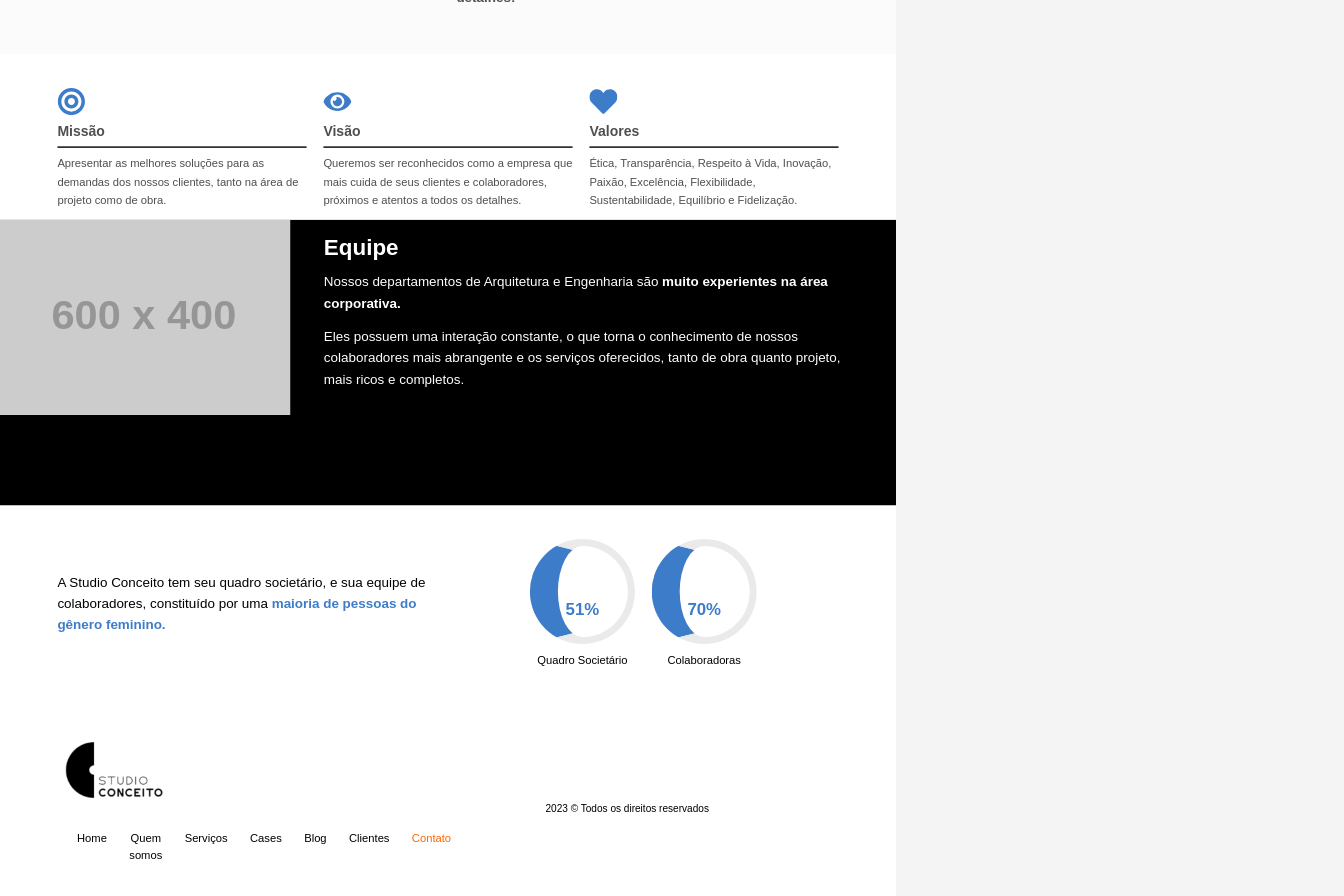
Repository: Upstairs-Agencia/studio-conceito-react
Page: /quem-somos
An editor plug-in stored every save of this project. The page is shown before and after the next save, followed by the edit.
The browser window is 1280 px wide. The page is 1920 px wide, so the pictures cover 1920 px, including what lies to the right of the window. The pictures show the part of the page from y = 2083 to 3363 px (the page is 3363 px tall), at 70% of full size.
The project was rebuilt for these pictures with package versions that can differ from the ones it lists, and the page was loaded fresh each time. Also part of the build but not shown: src/pages/Home.js, src/pages/Servicos.js, src/styles/cases.css, src/pages/Cases.js, src/pages/Blog.js, src/pages/Clientes.js, src/pages/Contato.js.

Above is the page before, as saved 2024-12-29 12:49:56.

After the next save:
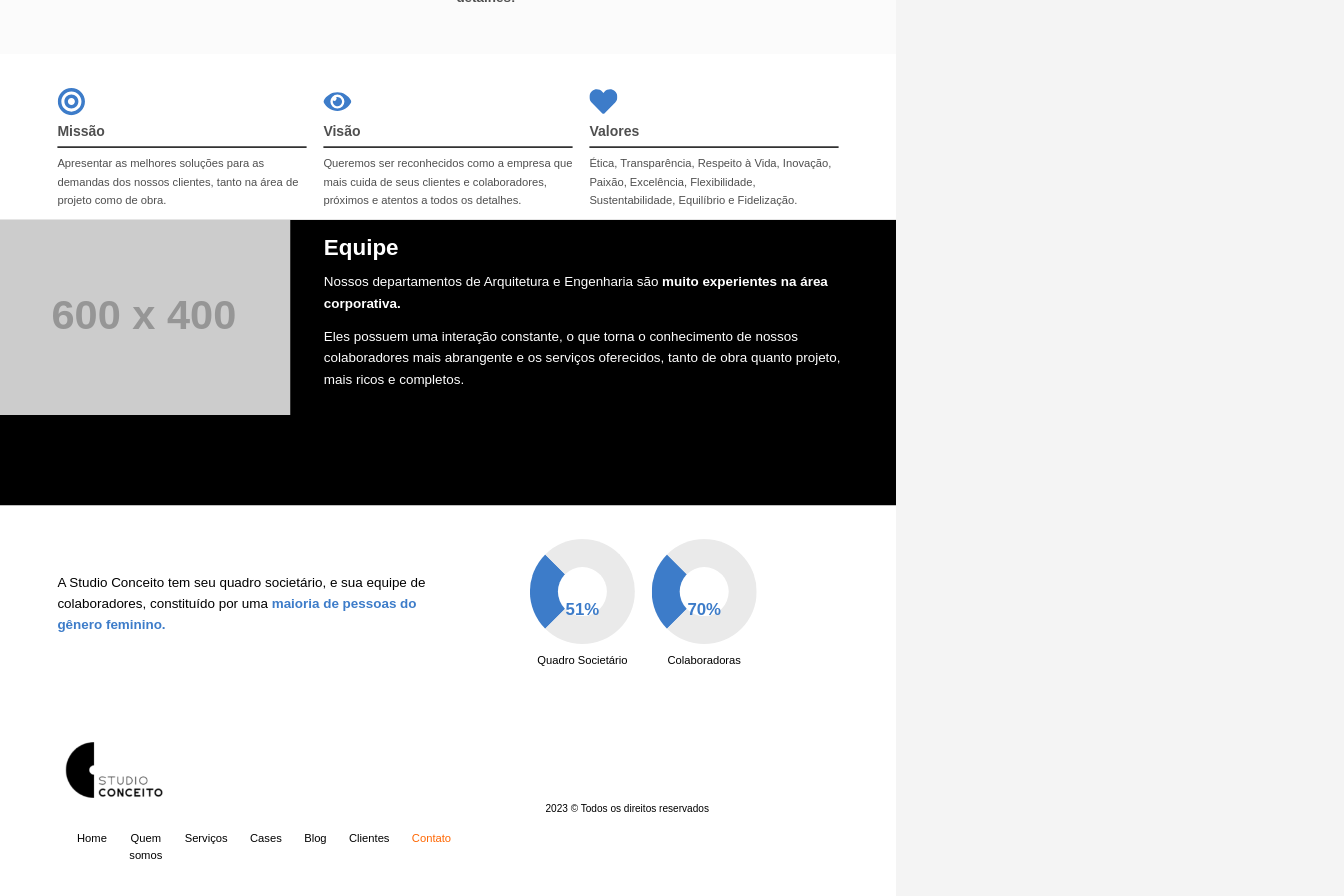
Saved 8 s later.
--- a/src/styles/quemsomos.css
+++ b/src/styles/quemsomos.css
@@ -104,7 +104,7 @@
     width: 150px;
     height: 150px;
     border-radius: 50%;
-    border: 10px solid #eaeaea;
+    border: 40px solid #eaeaea;
     border-top: 40px solid #3d7cc9;
     transform: rotate(-90deg);
     margin: 0 auto;
